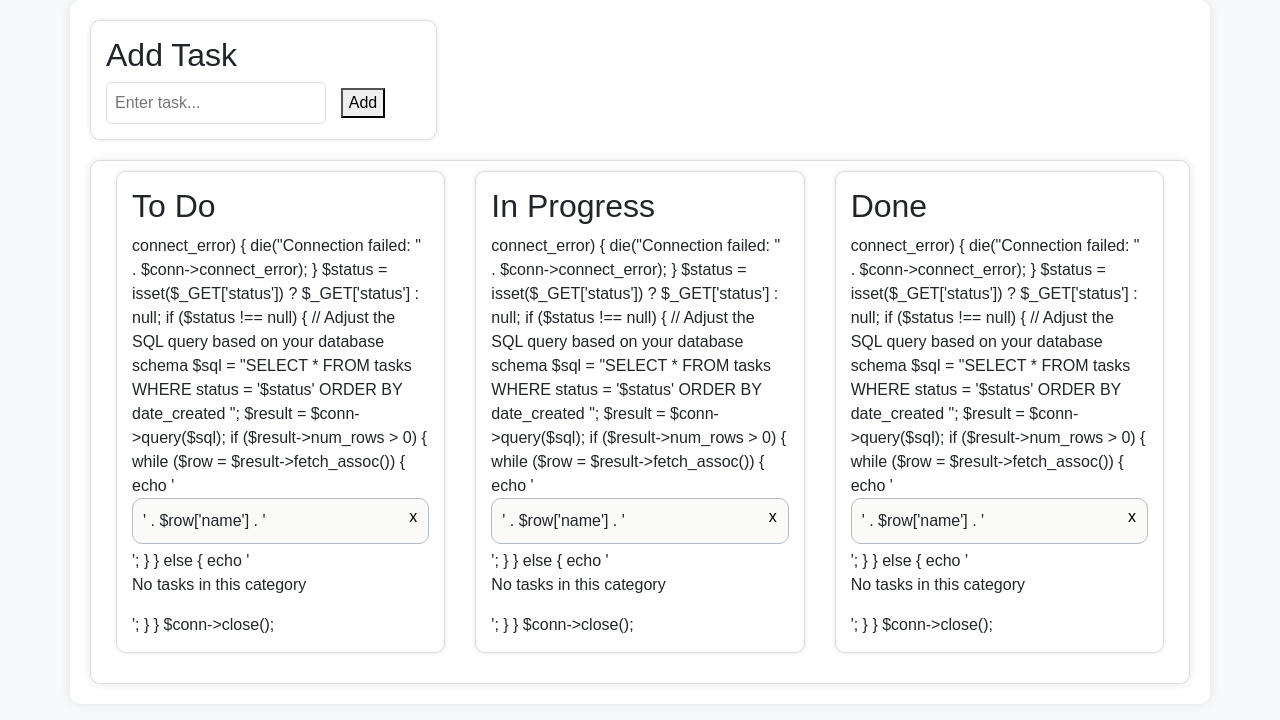
Repository: ZakariaZhlat125/test-rar-it
Page: index.html
An editor plug-in stored every save of this project. The page is shown before and after the next save, followed by the edit.
The browser window is 1280 px wide. The pictures show the whole page.
Some web libraries are served in a nearby version.

Above is the page before, as saved 2024-03-01 23:16:55.

After the next save:
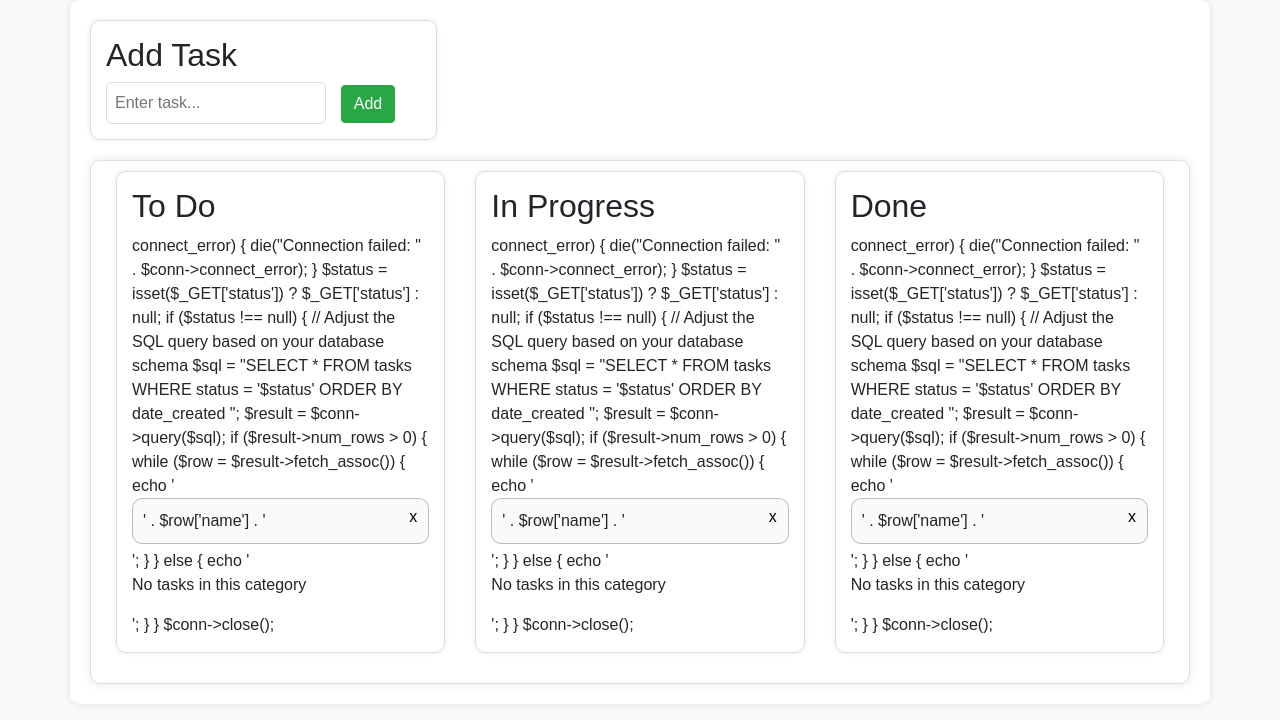
Saved 16 s later.
--- a/index.html
+++ b/index.html
@@ -22,7 +22,7 @@
           >
             <h2>Add Task</h2>
             <input type="text" id="taskInput" placeholder="Enter task..." />
-            <button onclick="addTask()">Add</button>
+            <button class="btn btn-success" onclick="addTask()">Add</button>
           </div>
         </div>
       </div>
